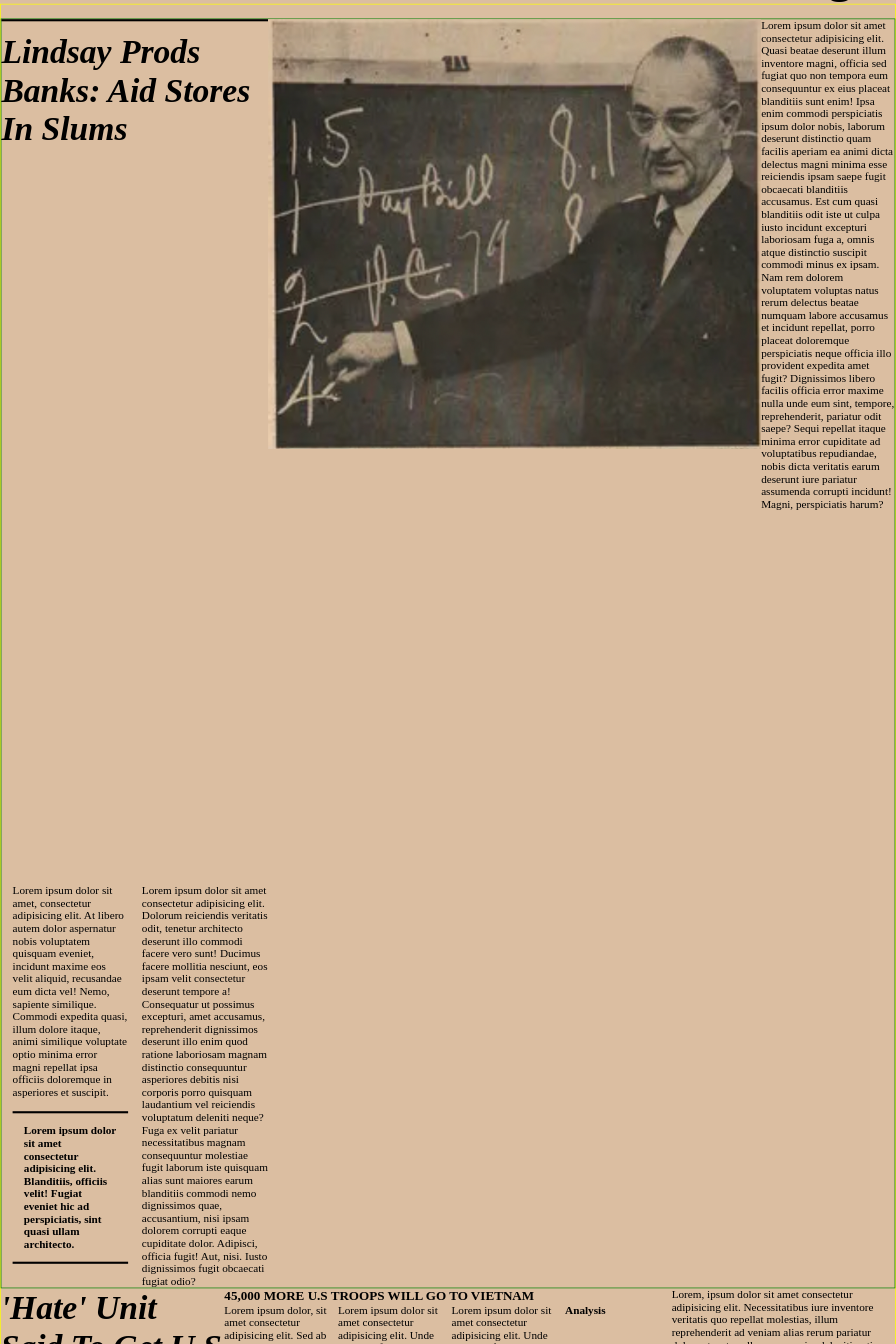
Repository: Arkitecth/newspaper-grid
Page: index.html
These files come from the project's save history. The page is drawn as it stood at one moment and after the next save; the edit follows.
The browser window is 1280 px wide. The pictures show the part of the page from y = 408 to 2328 px (the page is 5878 px tall before and 2830 px after), at 70% of full size.

Above is the page before, as saved 2023-05-29 20:08:23.

After the next save:
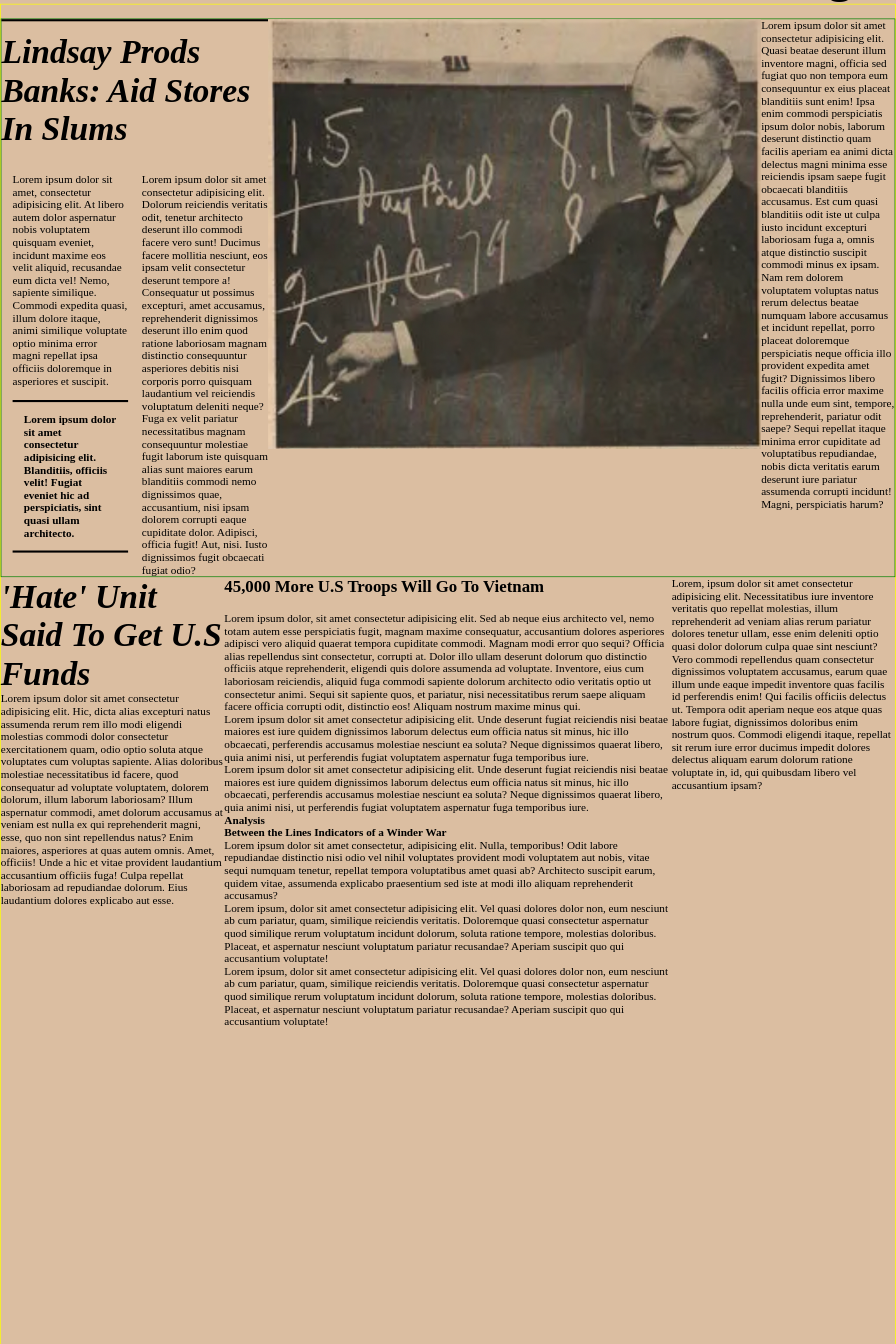
Saved 9 s later.
--- a/styles.css
+++ b/styles.css
@@ -106,12 +106,12 @@
     text-transform: capitalize;
 }
 
-/* /* .middle {
+.middle {
     display: grid;
     grid-template-rows: 50px;
-} */
+}
 
-.middle-grid {
+/* .middle-grid {
     display: grid;
     grid-template-columns: 1fr 1fr 1fr 1fr;
     gap: 10px;
